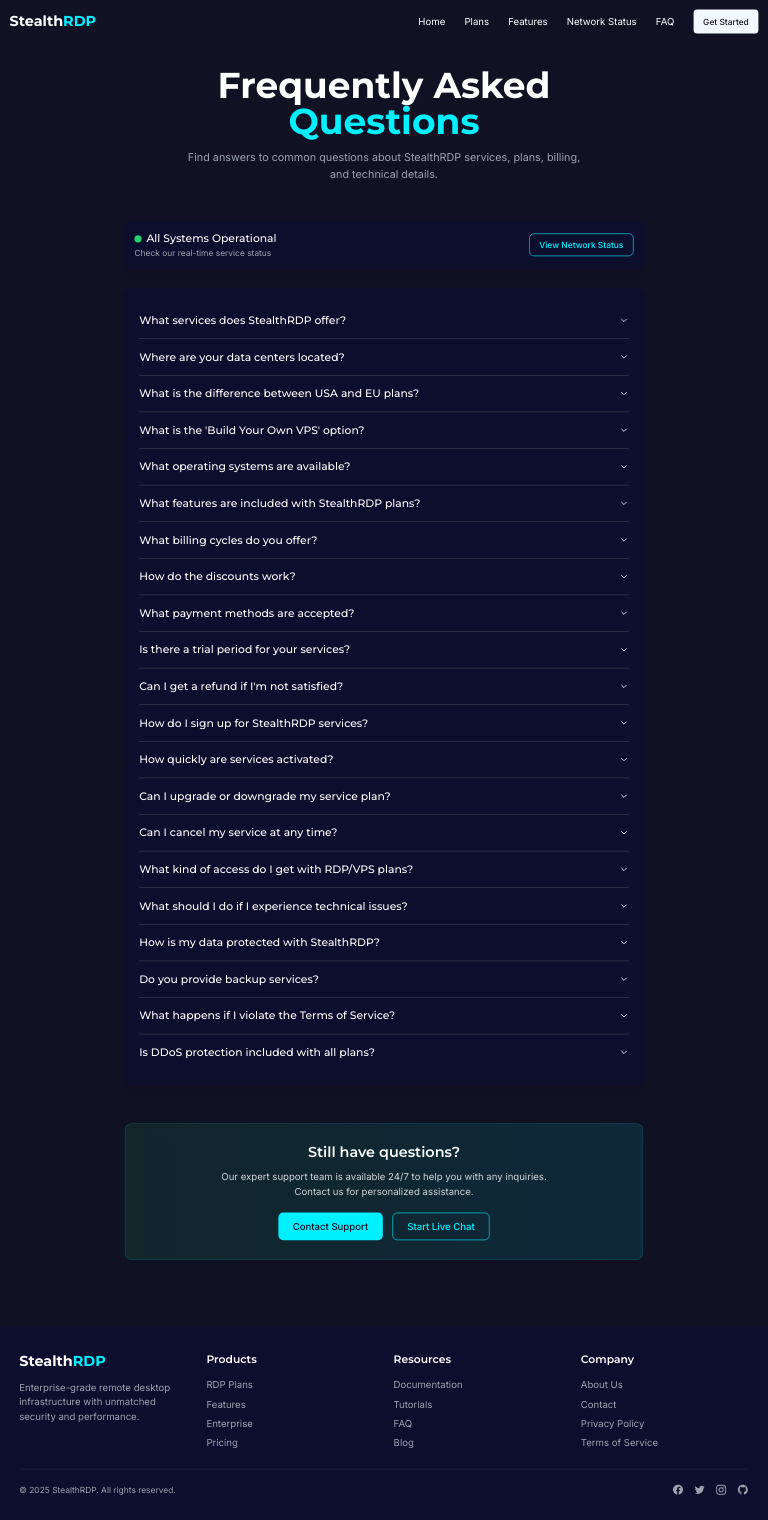
Repository: Husnainn01/stealthrdp2
Page: /faq
An editor plug-in stored every save of this project. The page is shown before and after the next save, followed by the edit.
The browser window is 1280 px wide. The pictures show the whole page, at 60% of full size.
The project was rebuilt for these pictures with package versions that can differ from the ones it lists, and the page was loaded fresh each time. Also part of the build but not shown: vite.config.ts, src/components/ui/tooltip.tsx, src/pages/Index.tsx, src/components/ui/card.tsx, src/components/ui/tabs.tsx, src/pages/Plans.tsx, src/pages/Features.tsx, src/pages/NotFound.tsx.

Above is the page before, as saved 2025-05-05 04:29:05.

After the next save:
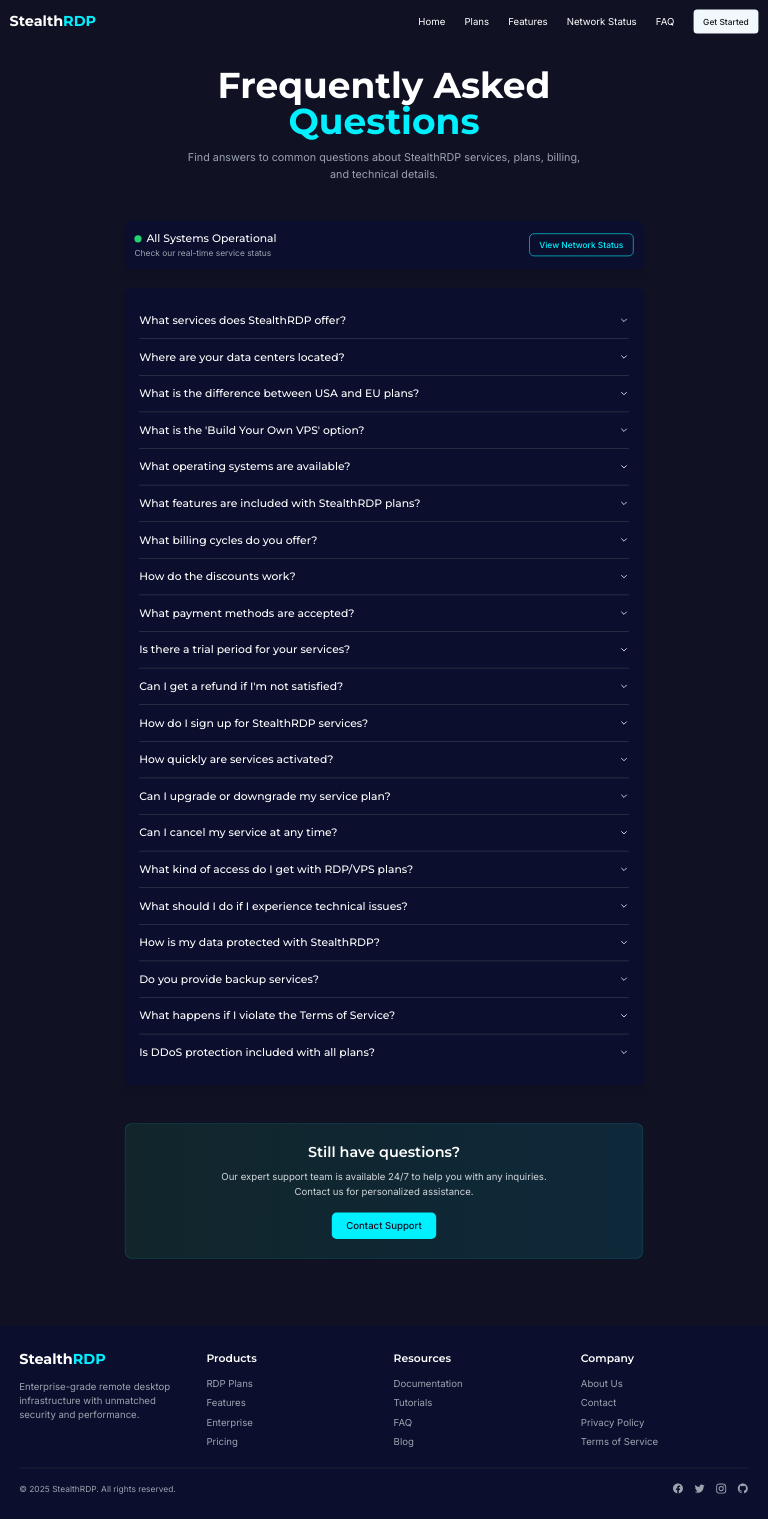
Saved 4 min 51 s later.
--- a/src/pages/FAQ.tsx
+++ b/src/pages/FAQ.tsx
@@ -164,10 +164,6 @@
               <button className="btn-electric px-6 py-2.5 rounded-lg font-medium" onClick={() => window.open('mailto:support@stealthrdp.com', '_self')}>
                 Contact Support
               </button>
-              {/* Live chat option */}
-              <button className="border border-electric text-electric hover:bg-electric/10 transition-all duration-200 px-6 py-2.5 rounded-lg font-medium">
-                Start Live Chat
-              </button>
             </div>
           </div>
         </div>
